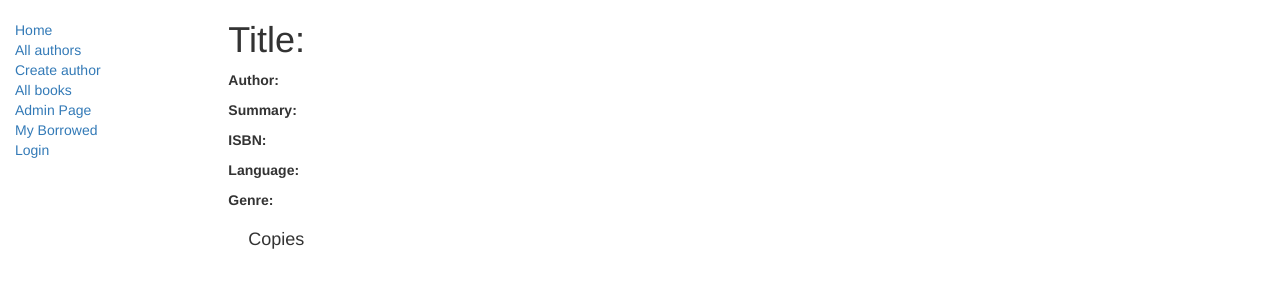
Repository: arsalandehghani/locallibrary
Page: catalog/templates/catalog/book_detail.html
An editor plug-in stored every save of this project. The page is shown before and after the next save, followed by the edit.
The browser window is 1280 px wide. The pictures show the whole page.
The template is drawn by Django 4.2. The application's start-up code is not run. Other server files are loaded and not shown. The template is opened directly, without the code that normally fills it, so the values that code supplies are empty.

Above is the page before, as saved 2022-03-06 18:32:19.

### catalog/templates/catalog/book_detail.html
{% extends "catalog/base_generic.html" %}

{% block content %}
  <h1>Title: {{ book.title }}</h1>

  <p><strong>Author:</strong> <a href="../author/{{book.author.id}}">{{ book.author }}</a></p> <!-- author detail link not yet defined -->
  <p><strong>Summary:</strong> {{ book.summary }}</p>
  <p><strong>ISBN:</strong> {{ book.isbn }}</p>
  <p><strong>Language:</strong> {{ book.language }}</p>
  <p><strong>Genre:</strong> {% for genre in book.genre.all %} {{ genre }}{% if not forloop.last %}, {% endif %}{% endfor %}</p>

  <div style="margin-left:20px;margin-top:20px">
    <h4>Copies</h4>

    {% for copy in book.bookinstance_set.all %}
    <hr>
    <p class="{% if copy.status == 'a' %}text-success{% elif copy.status == 'm' %}text-danger{% else %}text-warning{% endif %}">{{ copy.get_status_display }}</p>
    {% if copy.status != 'a' %}<p><strong>Due to be returned:</strong> {{copy.due_back}}</p>{% endif %}
    <p><strong>Imprint:</strong> {{copy.imprint}}</p>
    <p class="text-muted"><strong>Id:</strong> {{copy.id}}</p>
    {% endfor %}
  </div>
{% endblock %}

### catalog/templates/catalog/base_generic.html
<!DOCTYPE html>
<html lang="en">
<head>

  {% block title %}<title>Local Library</title>{% endblock %}
  <meta charset="utf-8">
  <meta name="viewport" content="width=device-width, initial-scale=1">
  <link rel="stylesheet" href="https://maxcdn.bootstrapcdn.com/bootstrap/3.3.7/css/bootstrap.min.css">
  <script src="https://ajax.googleapis.com/ajax/libs/jquery/1.12.4/jquery.min.js"></script>
  <script src="https://maxcdn.bootstrapcdn.com/bootstrap/3.3.7/js/bootstrap.min.js"></script>

  <!-- Add additional CSS in static file -->
  {% load static %}
  <link rel="stylesheet" href="{% static 'catalog/styles.css' %}">
</head>

<body>

  <div class="container-fluid">

    <div class="row">
      <div class="col-sm-2">
      {% block sidebar %}
      <ul class="sidebar-nav">
        <li><a href="{% url 'catalog:index' %}">Home</a></li>
        <li><a href="{% url 'catalog:authors' %}">All authors</a></li>
        <li><a href="{% url 'catalog:author_create'%}">Create author</a></li>
        <li><a href="{% url 'catalog:books' %}">All books</a></li>
        <li><a href="/admin">Admin Page</a></li>
        <li><a href="{% url 'catalog:my-borrowed' %}">My Borrowed</a></li>
        {% if user.is_authenticated %}
          <li>User: {{ user.get_username }}</li>
          <li><a href="{% url 'logout'%}?next={{request.path}}">Logout</a></li>
        {% else %}
          <li><a href="{% url 'login'%}?next={{request.path}}">Login</a></li>
        {% endif %}
              </ul>
     {% endblock %}
     {% block sidebar2 %}
     {% endblock %}
    </div>
      <div class="col-sm-10 ">
      {% block content %}{% endblock %}
      </div>
    </div>

  </div>
</body>
</html>

Loaded but not shown: catalog/static/catalog/styles.css (common file)

After the next save:
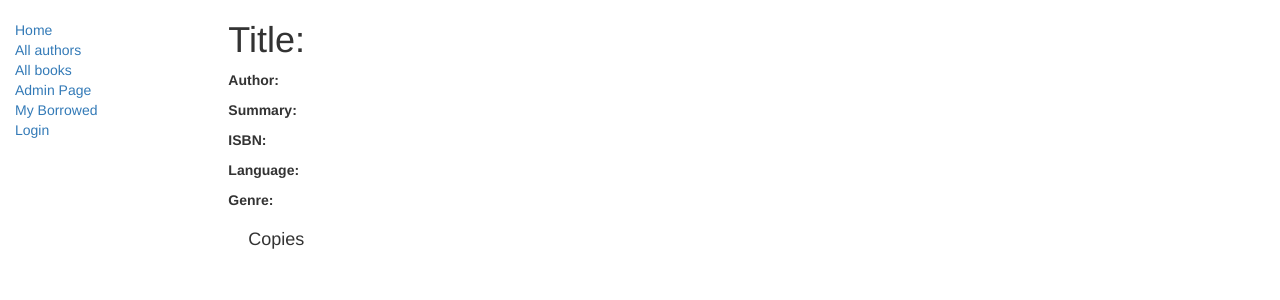
Saved 8 s later.
--- a/catalog/templates/catalog/base_generic.html
+++ b/catalog/templates/catalog/base_generic.html
@@ -24,7 +24,6 @@
       <ul class="sidebar-nav">
         <li><a href="{% url 'catalog:index' %}">Home</a></li>
         <li><a href="{% url 'catalog:authors' %}">All authors</a></li>
-        <li><a href="{% url 'catalog:author_create'%}">Create author</a></li>
         <li><a href="{% url 'catalog:books' %}">All books</a></li>
         <li><a href="/admin">Admin Page</a></li>
         <li><a href="{% url 'catalog:my-borrowed' %}">My Borrowed</a></li>
